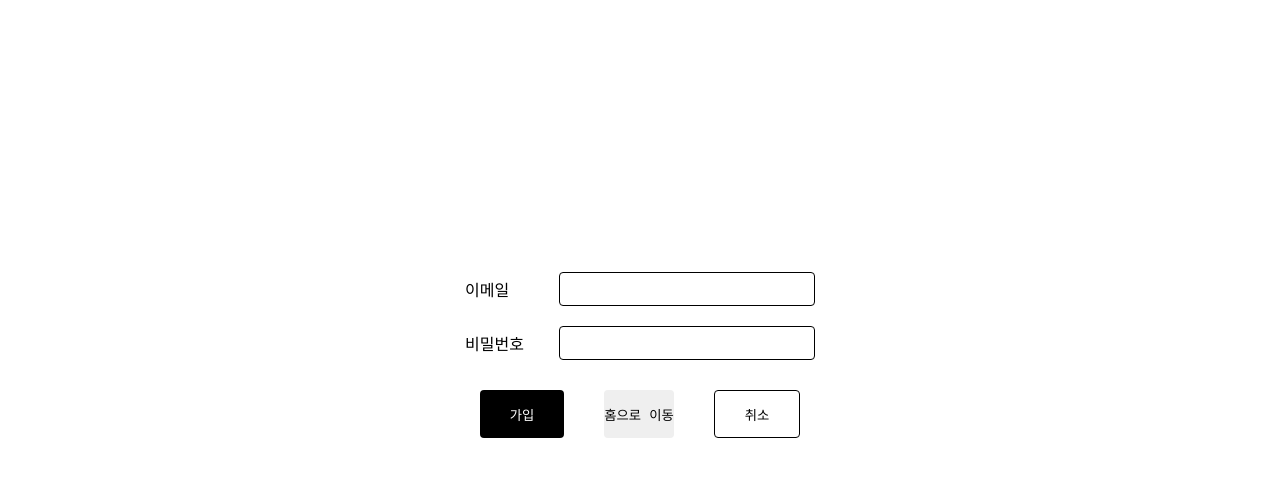
Repository: momo0170/react-shopping
Page: /register
These files come from the project's save history. The page is drawn as it stood at one moment and after the next save; the edit follows.
The browser window is 1280 px wide. The pictures show the whole page.
The page's requests for data from a server got no answer. Some web fonts or font styles are not loaded; a fallback is used. The project was rebuilt for these pictures with package versions that can differ from the ones it lists, and the page was loaded fresh each time. No one was signed in, and anything a server would have sent is missing. Also part of the build but not shown: src/App.css, src/css/Header.module.css, src/components/Header.jsx, src/App.js, src/router/Products.jsx, src/css/Login.module.css, src/router/Login.jsx.

Above is the page before, as saved 2023-02-24 18:57:37.

### public/index.html
<!DOCTYPE html>
<html lang="en">
  <head>
    <meta charset="utf-8" />
    <link rel="icon" href="%PUBLIC_URL%/images/shopping.png" />
    <meta name="viewport" content="width=device-width, initial-scale=1" />
    <meta name="theme-color" content="#000000" />
    <meta
      name="description"
      content="Web site created using create-react-app"
    />
    <!-- <link rel="apple-touch-icon" href="%PUBLIC_URL%/logo192.png" /> -->
    <!--
      manifest.json provides metadata used when your web app is installed on a
      user's mobile device or desktop. See https://developers.google.com/web/fundamentals/web-app-manifest/
    -->

    <!--
      Notice the use of %PUBLIC_URL% in the tags above.
      It will be replaced with the URL of the `public` folder during the build.
      Only files inside the `public` folder can be referenced from the HTML.

      Unlike "/favicon.ico" or "favicon.ico", "%PUBLIC_URL%/favicon.ico" will
      work correctly both with client-side routing and a non-root public URL.
      Learn how to configure a non-root public URL by running `npm run build`.
    -->
    <title>Shoppy</title>
    <link rel="preconnect" href="https://fonts.googleapis.com" />
    <link rel="preconnect" href="https://fonts.gstatic.com" crossorigin />
    <link
      href="https://fonts.googleapis.com/css2?family=Nanum+Gothic+Coding&display=swap"
      rel="stylesheet"
    />
  </head>
  <body>
    <noscript>You need to enable JavaScript to run this app.</noscript>
    <div id="root"></div>
    <!--
      This HTML file is a template.
      If you open it directly in the browser, you will see an empty page.

      You can add webfonts, meta tags, or analytics to this file.
      The build step will place the bundled scripts into the <body> tag.

      To begin the development, run `npm start` or `yarn start`.
      To create a production bundle, use `npm run build` or `yarn build`.
    -->
  </body>
</html>

### src/index.js
import React from 'react';
import ReactDOM from 'react-dom/client';
import './index.css';
import App from './App';
import { createBrowserRouter, RouterProvider } from 'react-router-dom';
import Products from './router/Products';
import Login from './router/Login';
import Register from './router/Register';

const router = createBrowserRouter([
  {
    path: '/',
    element: <App />,
    children: [
      {
        index: true,
        element: <Products />,
      },
    ],
  },
  {
    path: '/login',
    element: <Login />,
  },
  {
    path: '/register',
    element: <Register />,
  },
]);
const root = ReactDOM.createRoot(document.getElementById('root'));
root.render(
  <RouterProvider router={router}>
    <App />
  </RouterProvider>
);

### src/index.css
:root {
  --margin-small: 5px;
  --margin-medium: 10px;
  --margin-large: 20px;
  --margin-xlarge: 30px;

  --font-xsmall: 14px;
  --font-small: 16px;
  --font-medium: 24px;
  --font-large: 32px;
  --font-xlarge: 36px;
  --font-xxlarge: 44px;
}

body {
  margin: 0;
  font-family: 'Nanum Gothic Coding', monospace;
}

button {
  font-family: 'Nanum Gothic Coding', monospace;
}

### src/router/Register.jsx
import React, { useState } from 'react';
import { registerUser } from '../firebase/Firebase-Auth';
import styles from '../css/Register.module.css';

export default function Register() {
  const [account, setAccount] = useState({
    email: '',
    password: '',
  });

  const onChangeAccount = (e) => {
    setAccount({
      ...account,
      [e.target.name]: e.target.value,
    });
  };

  // 회원가입
  const registerAccount = () => {
    const result = window.confirm('가입하시겠습니까?');
    result && registerUser(account.email, account.password);
  };
  console.log(`이메일 : ${account.email}`);
  console.log(`비밀번호 : ${account.password}`);
  return (
    <main className={styles.main}>
      <div className={styles.email}>
        <span>이메일</span>
        <input type="text" name="email" onChange={onChangeAccount} />
      </div>
      <div className={styles.password}>
        <span>비밀번호</span>
        <input type="password" name="password" onChange={onChangeAccount} />
      </div>
      <div className={styles.btns}>
        <button onClick={registerAccount} className={styles.registerBtn}>
          가입
        </button>
        <button className={styles.homeBtn}>홈으로 이동</button>
        <button className={styles.cancelBtn}>취소</button>
      </div>
    </main>
  );
}

### src/firebase/Firebase-Auth.js
import { initializeApp } from 'firebase/app';
import { getAuth, createUserWithEmailAndPassword } from 'firebase/auth';

const firebaseConfig = {
  apiKey: process.env.REACT_APP_API_KEY,
  authDomain: process.env.REACT_APP_AUTH_DOMAIN,
  databaseURL: process.env.REACT_APP_DATABASE_URL,
  projectId: process.env.REACT_APP_PROJECT_ID,
  storageBucket: process.env.REACT_APP_STORAGE_BUCKET,
  messagingSenderId: process.env.REACT_APP_MESSAGING_ID,
  appId: process.env.REACT_APP_APP_ID,
};

const app = initializeApp(firebaseConfig);
const auth = getAuth(app);

// firebase에 사용자 등록
export function registerUser(email, password) {
  createUserWithEmailAndPassword(auth, email, password)
    .then((userCredential) => {
      // Signed in
      const user = userCredential.user;
      console.log(user);
      // ...
    })
    .catch((error) => {
      console.log(error);
      // ..
    });
}

### src/css/Register.module.css
.main {
  display: flex;
  flex-direction: column;
  justify-content: center;
  align-items: center;
  width: 500px;
  height: 100vh;
  margin: 0 auto;
}

.email,
.password {
  width: 350px;
  display: flex;
  justify-content: space-between;
  align-items: center;
}

.email input,
.password input {
  width: 250px;
  height: 30px;
  margin: var(--margin-medium) 0;
  border: 0.5px solid black;
  border-radius: 4px;
  font-size: var(--font-small);
}

.email input:focus,
.password input:focus {
  outline: 1px solid black;
}

.btns {
  display: flex;
  justify-content: space-evenly;
}
.btns * {
  border: none;
  border-radius: 4px;
  cursor: pointer;
  margin: var(--margin-large);
  padding: calc(var(--margin-large) / 1.5) calc(var(--margin-large) * 1.5);
  /* font-size: var(--font-small); */
}
.registerBtn {
  color: white;
  background-color: black;
}
.homeBtn {
  padding: 0;
}
.cancelBtn {
  background-color: white;
  border: 1px solid black;
}

After the next save:
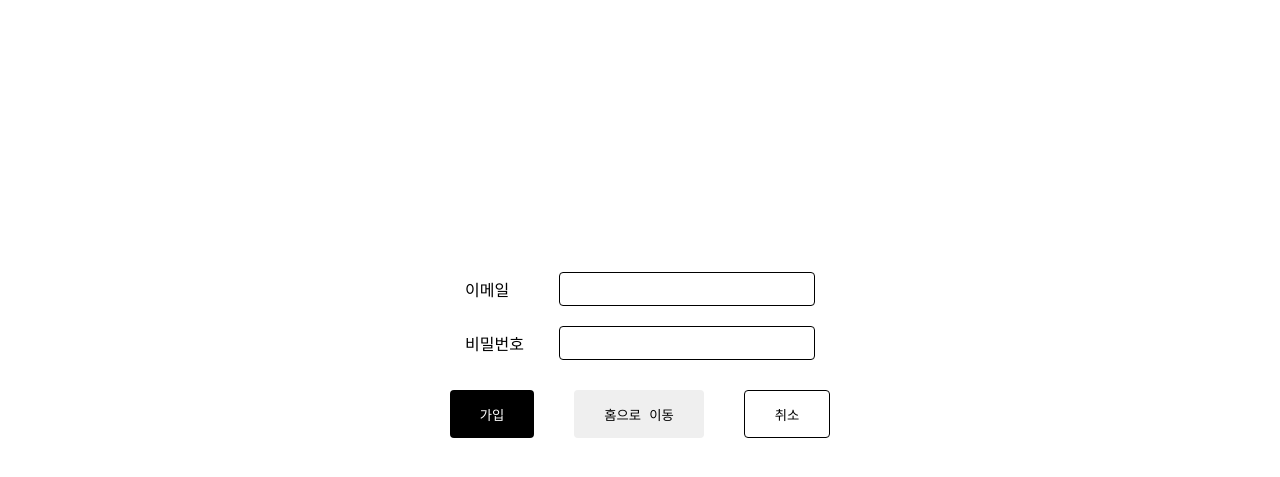
Saved 8 s later.
--- a/src/css/Register.module.css
+++ b/src/css/Register.module.css
@@ -48,7 +48,7 @@
   background-color: black;
 }
 .homeBtn {
-  padding: 0;
+  /* padding: 0; */
 }
 .cancelBtn {
   background-color: white;
